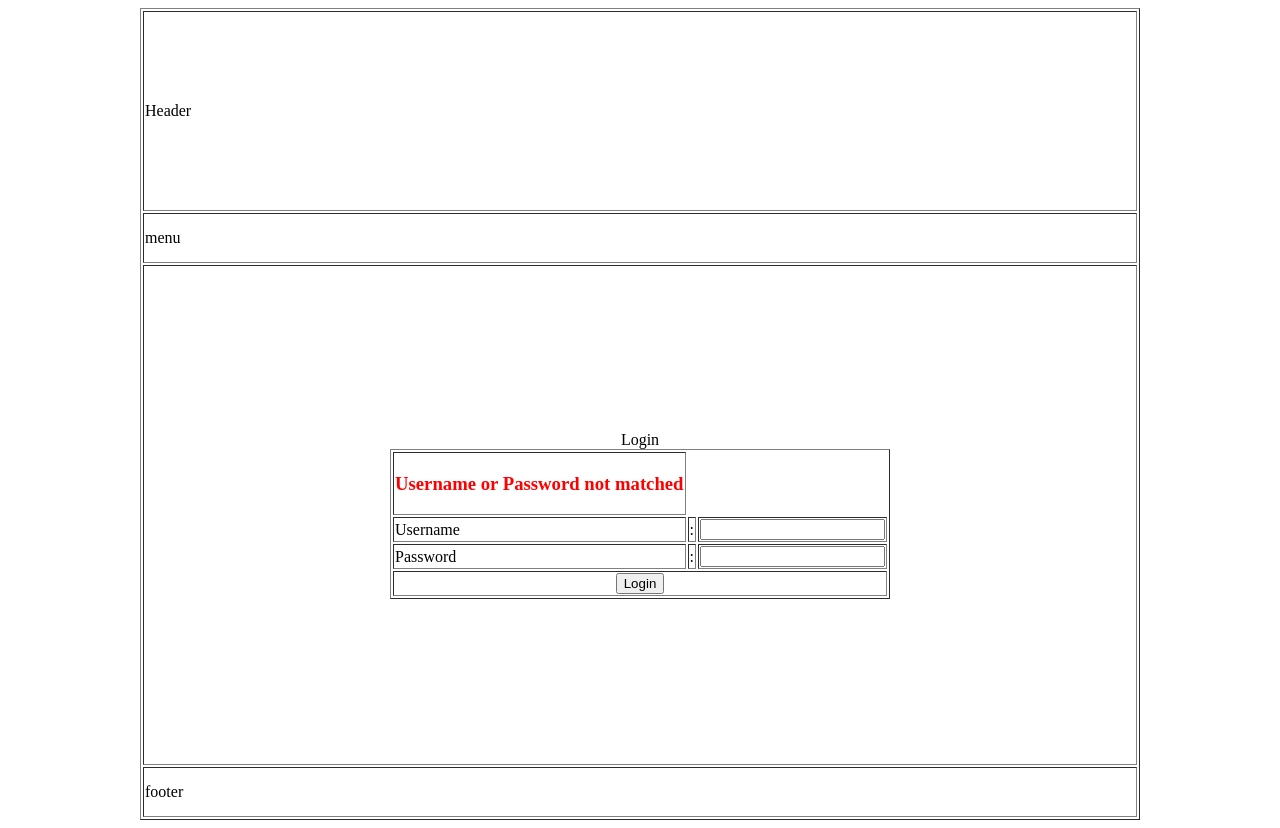
Repository: PraveenRavipati/MyWork
Page: Java/workspaces/office Java WorkScapces/training/LoginProperty/WebContent/LoginErr.html
An editor plug-in stored every save of this project. The page is shown before and after the next save, followed by the edit.
The browser window is 1280 px wide. The pictures show the whole page.

Above is the page before, as saved 2014-06-05 05:29:08.

After the next save:
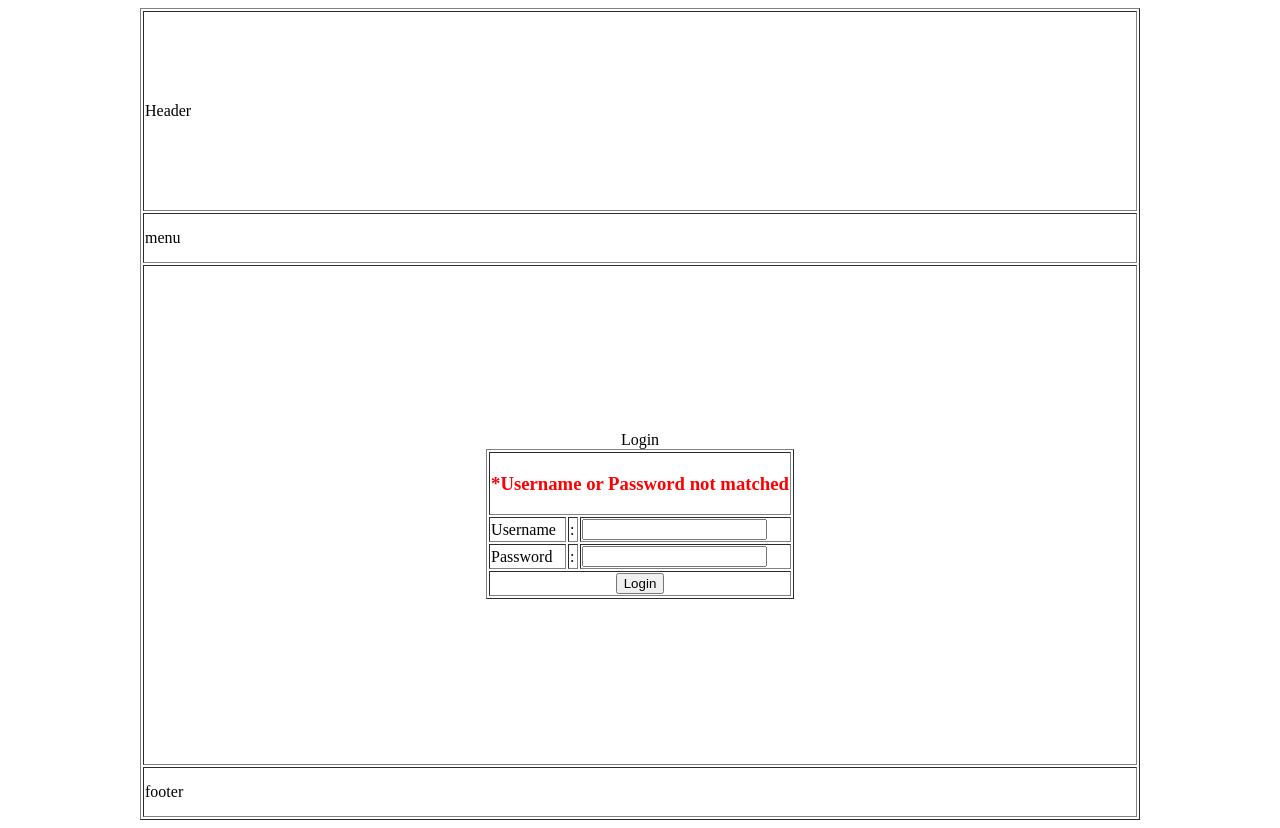
Saved 20 s later.
--- a/Java/workspaces/office Java WorkScapces/training/LoginProperty/WebContent/LoginErr.html
+++ b/Java/workspaces/office Java WorkScapces/training/LoginProperty/WebContent/LoginErr.html
@@ -19,7 +19,7 @@
             <table align="center" border="1">
             <caption>Login</caption>
                 <tr>
-                <td><h3 id="notMatch">Username or Password not matched</h3></td>
+                <td colspan="3"><h3 id="notMatch">*Username or Password not matched</h3></td>
                 </tr>
                 <tr>
                     <td>Username</td>
